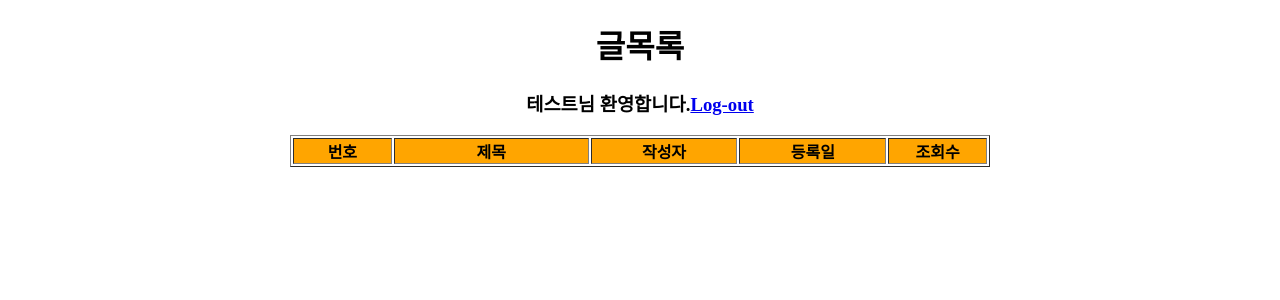
Repository: noopzzya/study_spring_globalin
Page: http://localhost/BoardWeb/getBoardList.jsp
The author's editor kept a copy of each file at every save. The page is drawn from the files as they stood at one save, then again after the next save.
The browser window is 1280 px wide. The pictures show the whole page.
The page is served by Tomcat 9. Queries for data that is not in the repository find no rows.

Above is the page before, as saved 2023-03-09 01:53:53.

After the next save:
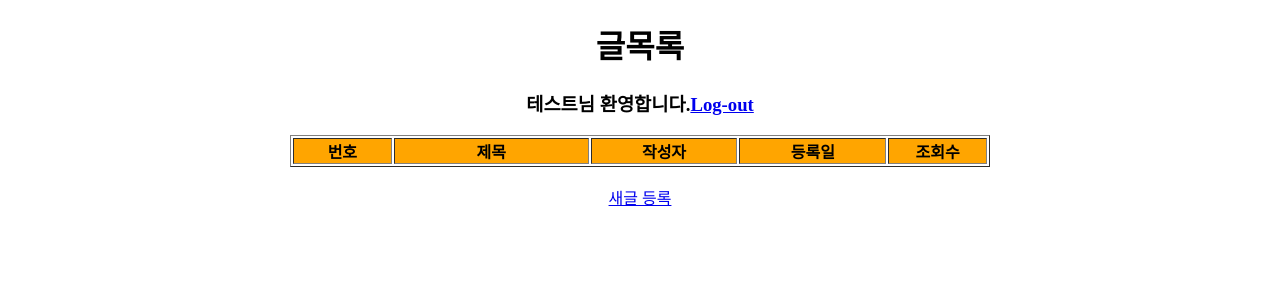
Saved 79 s later.
--- a/BoardWeb/src/main/webapp/getBoardList.jsp
+++ b/BoardWeb/src/main/webapp/getBoardList.jsp
@@ -42,6 +42,9 @@ List<BoardVO> boardList = boardDAO.getBoardList();
 	</tr>
 </table>
 
+<br>
+<a href="insertBoard.jsp">새글 등록</a>
+
 </div>
 
 </body>
